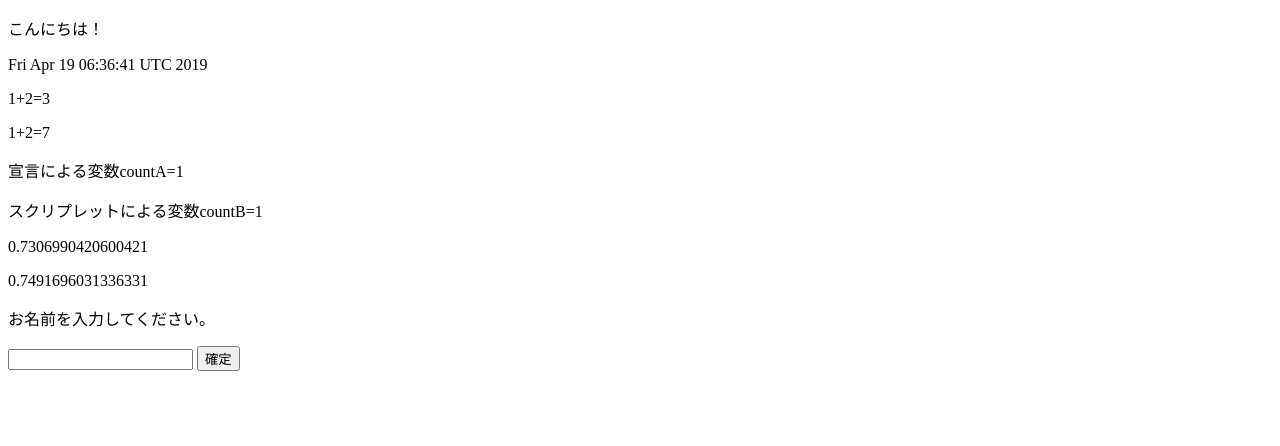
Repository: Sakamoto-Akira/test
Page: http://localhost/HelloJSP/
The author's editor kept a copy of each file at every save. The page is drawn from the files as they stood at one save, then again after the next save.
The browser window is 1280 px wide. The pictures show the whole page.
The page is served by Tomcat 9.

Above is the page before, as saved 2019-04-19 07:44:54.

After the next save:
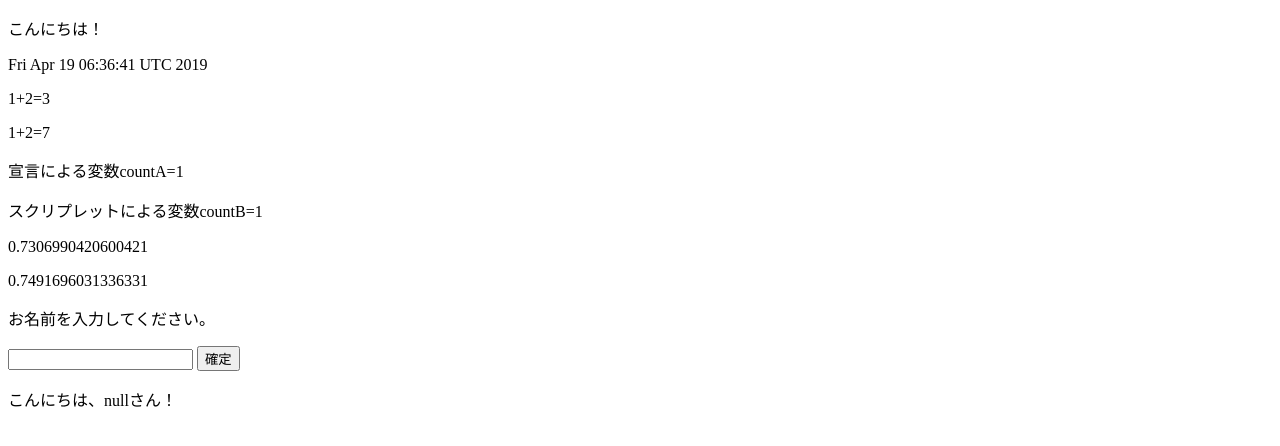
Saved 2 min 48 s later.
--- a/HelloJSP/WebContent/index.jsp
+++ b/HelloJSP/WebContent/index.jsp
@@ -38,5 +38,7 @@
 <input type="submit" value="確定">
 </form>
 
+<% request.setCharacterEncoding("UTF-8"); %>
+<p>こんにちは、<%=request.getParameter("user") %>さん！</p>
 </body>
 </html>
